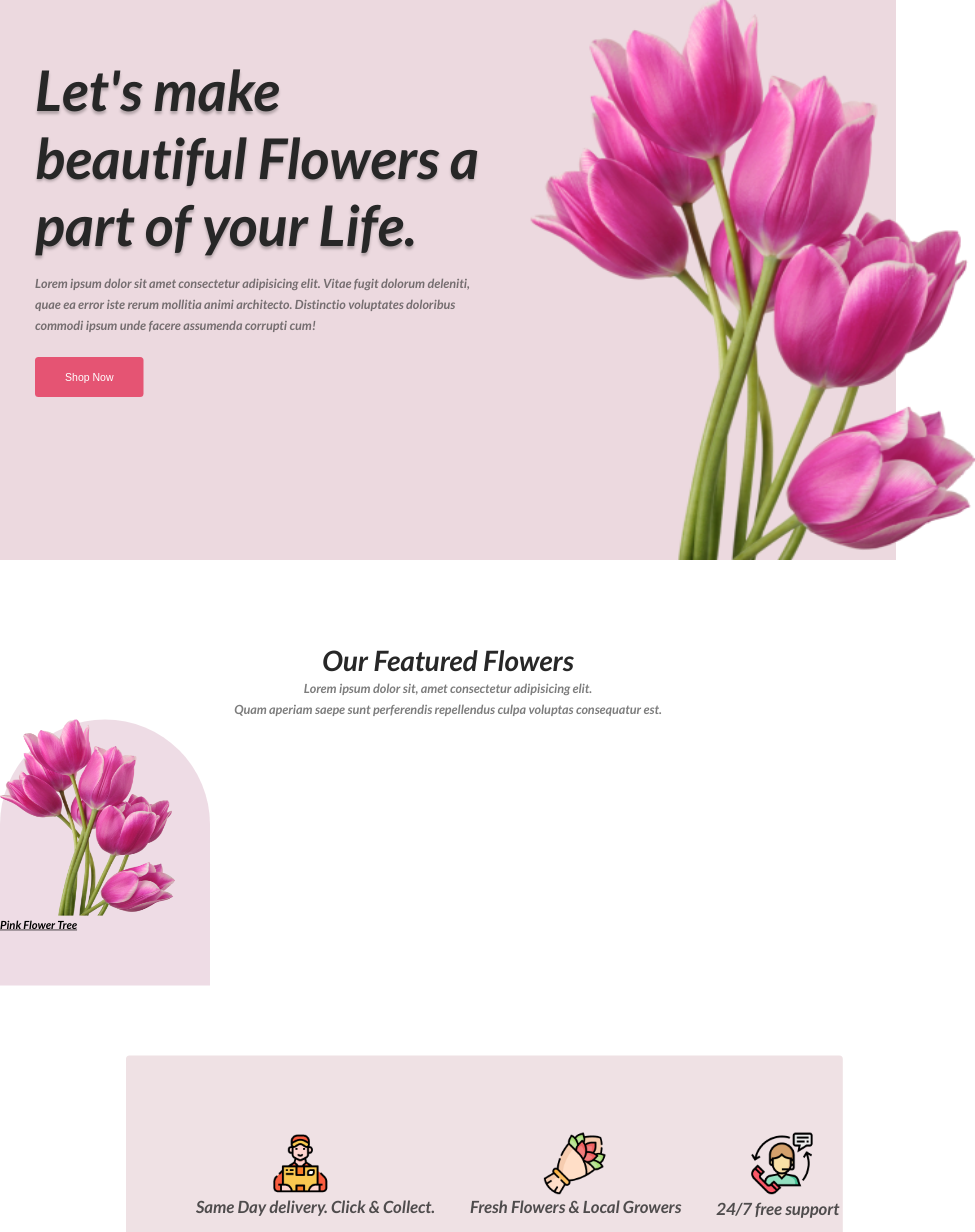
Repository: AnitaAkter/anita-flower-shop
Page: index.html
The author's editor kept a copy of each file at every save. The page is drawn from the files as they stood at one save, then again after a run of saves.
The browser window is 1280 px wide. The page is 1393 px wide, so the pictures cover 1393 px, including what lies to the right of the window. The pictures show the part of the page from y = 0 to 1760 px (the page is 3486 px tall), at 70% of full size.

Above is the page before, as saved 2023-09-06 20:44:07.

After the next 5 saves:
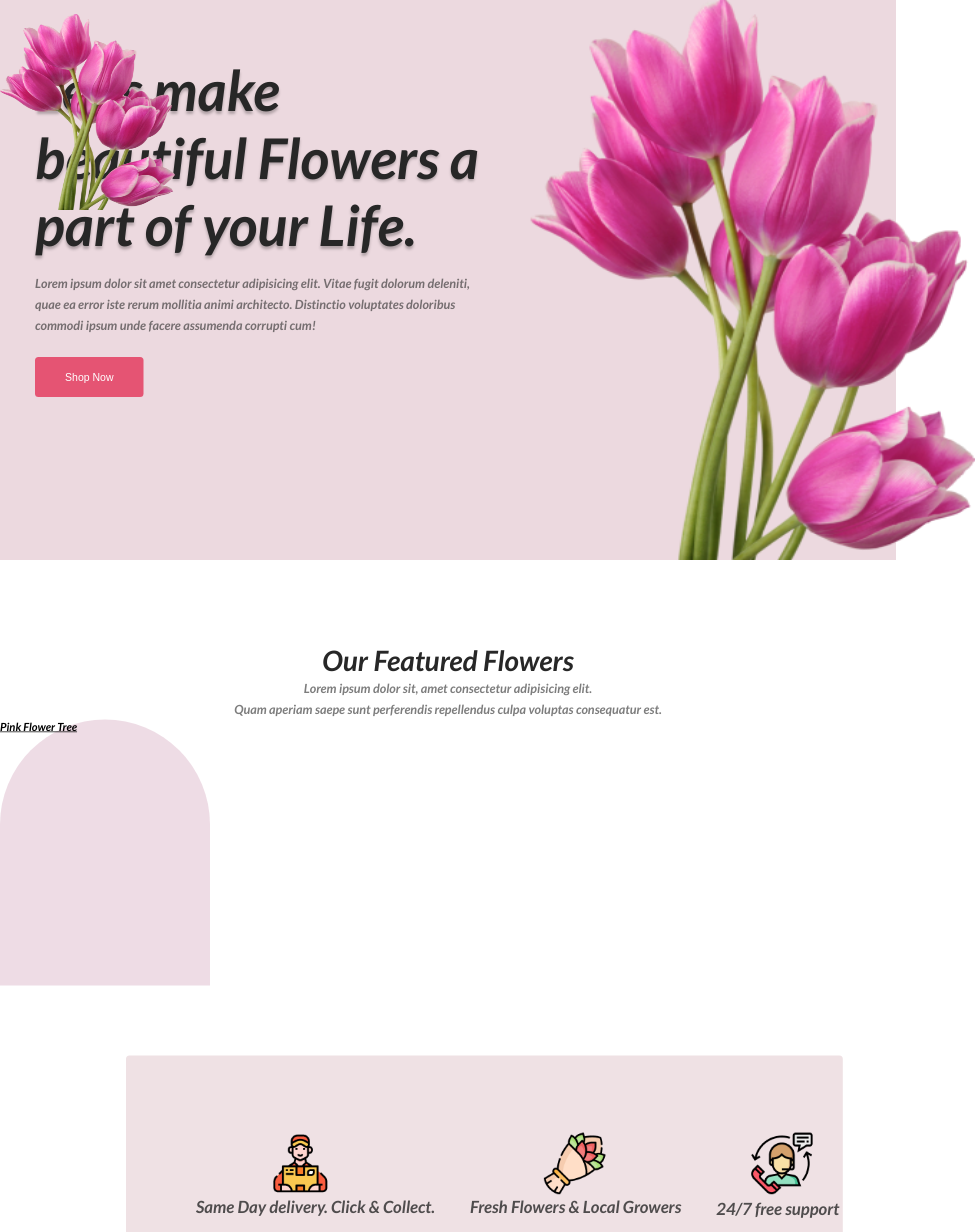
The 5 saves are shown as one change because they came seconds apart.
The last was saved 17 s later.
--- a/style.css
+++ b/style.css
@@ -164,6 +164,8 @@ header {
 .img-f {
     height: 280px;
     width: 250px;
+    position: absolute;
+    top: 20px;
 }
 
 .flowers-img p {
